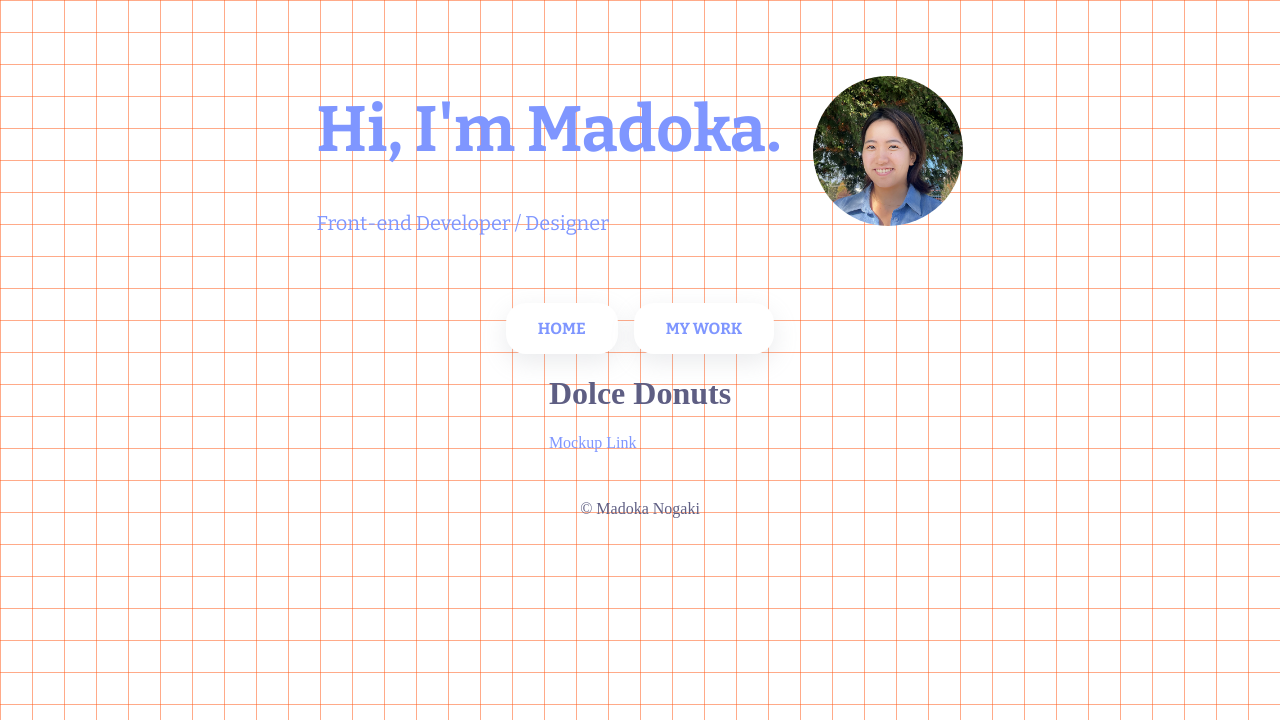
Repository: ohmaruko/portfolio
Page: /links/dolcedonuts
An editor plug-in stored every save of this project. The page is shown before and after a run of saves, followed by the edit.
The browser window is 1280 px wide. The pictures show the whole page.
The project was rebuilt for these pictures with package versions that can differ from the ones it lists, and the page was loaded fresh each time. The framework's server and built-in components were replaced by stand-ins that run in the browser. Also part of the build but not shown: next.config.mjs.

Above is the page before, as saved 2024-02-18 00:49:15.

### pages/links/dolcedonuts.js
import styles from '/styles/Home.module.css'
import Header from '@/components/Header'
import Footer from '@/components/Footer'
import { Open_Sans } from 'next/font/google'
import Link from 'next/link'

const openSans = Open_Sans ({subsets: ['latin']})

export default function Works() {
  return (
    <>

      <head>
        <title>Madoka Nogaki Portfolio</title>
        <meta name="description" content="Portfolio page" />
        <meta name="viewport" content="width=device-width, initial-scale=1" />
        <link rel="icon" href="/favicon.png" />
      </head>

      <div className={styles.container}>
        <Header className={openSans.className}/>
        <main className={styles.donuts}>
          <h1>Dolce Donuts</h1>
          <Link href="https://www.figma.com/proto/l18aumka9I3yuIv8W5JcGA/DolceDonuts---SET-H?type=design&t=HifTad7UBqVbb5vI-1&scaling=scale-down-width&page-id=0%3A1&node-id=1-16&starting-point-node-id=1%3A16&mode=design"
            target='_blank' style={{textDecoration: 'none', color: 'var(--blue)'}}>Mockup Link</Link>
        </main>

        <div className={styles.outerContainer}>
          <Footer />
        </div>
      </div>

    </>
  )
}

### styles/globals.css
:root {
  --orange: #FF5714;
  --light-orange: rgba(255, 87, 20, 0.5);
  --blue: #7F96FF;
  --white: #fff;
  --text: #5e5e83;
  color: #5e5e83;

  --medium-font: 20px;
}

body {
  margin: 0;
  background-image:
    linear-gradient(to right, var(--light-orange) 1px, transparent 1px),
    linear-gradient(to bottom, var(--light-orange) 1px, transparent 1px);
  background-size: 2em 2em;
}

p {
  font-size: 16px;
}

### styles/Home.module.css
.container {
  display: flex;
  flex-direction: column;
  align-items: center;
  min-height: 100vh;
  width: 100%;
}
.header {
  width: 70%;
}
.outerContainer {
  display: flex;
  width: 70%;
  justify-content: center;
  margin: 2em auto;
}
.box1 {
  flex: 1;
  flex-basis: 60%;
}
.box2 {
  flex: 1;
  flex-basis: 40%;
}
.link {
  text-decoration: none;
  color: var(--text);
  display: flex;
  align-items: center;
  gap: 1rem;
}
.logo {
  fill: var(--blue);
}
.skill {
  display: flex;
  gap: 1rem;
}
.footer {
  margin: 2rem;
}
.works {
  margin: 2rem;
  width: 70%;
  display: flex;
  flex-wrap: wrap;
  justify-content: center;
}
.hair h1{
  color: var(--blue);
}
.logoContainer {
  display: flex;
  flex-direction: column;
}
.logoInner{
  display: flex;
  justify-content: space-evenly;
}
.film a{
  text-decoration: none;
  color: var(--blue);
}
/* mobile */
/* @media (max-width: 800px){

} */

### components/Header/index.js
import styles from './Header.module.css'
import Image from 'next/image'
import Link from 'next/link'
import { Bitter } from 'next/font/google'
const bitter = Bitter ({subsets: ['latin']})

export default function Header() {
    return (
        <header className={`${styles.header}, ${bitter.className}`}>
            <div className={styles.banner}>
                <div>
                    <h1>Hi, I'm Madoka.</h1>
                    <p style={{fontSize:"var(--medium-font)"}}>Front-end Developer / Designer</p>
                </div>
                <Image src="/images/profile.png" alt="profile image" width={150} height={150} className={styles.img} />
            </div>
            <div className={styles.menu}>
                <Link href='/'>HOME</Link>
                <Link href='/works'>MY WORK</Link>
            </div>
        </header>

    )
}

### components/Footer/index.js
import styles from "./Footer.module.css"

export default function Footer() {
    return (
        <>
            <p>&copy; Madoka Nogaki</p>
        </>
    )
}

### components/Header/Header.module.css
.header {
    width: 100%;
}
.banner {
    font-size: 2em;
    color: var(--blue);
    display: flex;
    justify-content: center;
    align-items: center;
    gap: 2rem;
    margin: 3rem 0;
}
.img {
    border-radius: 50%;
}
.menu {
    display: flex;
    justify-content: center;
    gap: 1rem;
}
.menu a {
    text-decoration: none;
    color: var(--blue);
    font-weight: bold;
    background-color: var(--white);
    box-shadow: rgba(149, 157, 165, 0.2) 0px 8px 24px;
    border-radius: 20px;
    padding: 1rem 2rem;
}

Loaded but not shown: pages/_app.js (common file); pages/_document.js (common file); components/Footer/Footer.module.css (no stored copy; drawn as an empty file)

After the next 3 saves:
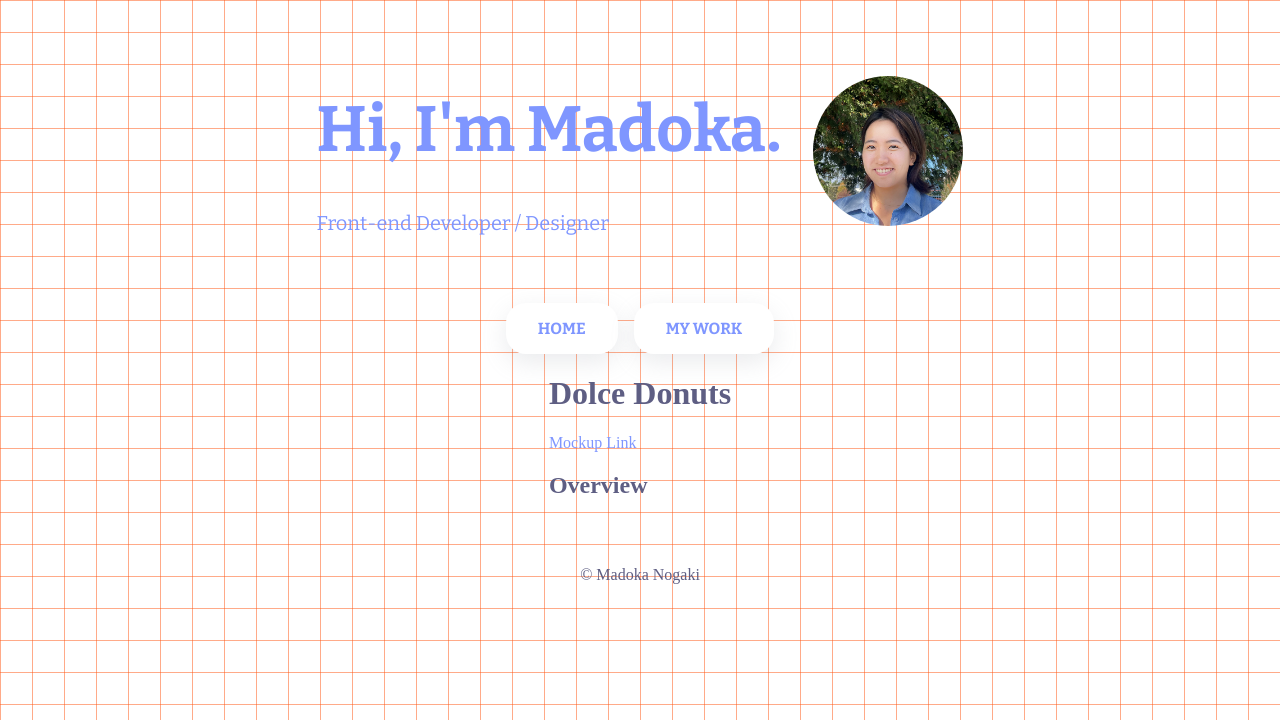
The 3 saves are shown as one change because 1 did not build or start and some came seconds apart.
The last was saved 37 s later.
--- a/pages/links/dolcedonuts.js
+++ b/pages/links/dolcedonuts.js
@@ -23,6 +23,7 @@ export default function Works() {
           <h1>Dolce Donuts</h1>
           <Link href="https://www.figma.com/proto/l18aumka9I3yuIv8W5JcGA/DolceDonuts---SET-H?type=design&t=HifTad7UBqVbb5vI-1&scaling=scale-down-width&page-id=0%3A1&node-id=1-16&starting-point-node-id=1%3A16&mode=design"
             target='_blank' style={{textDecoration: 'none', color: 'var(--blue)'}}>Mockup Link</Link>
+          <h2>Overview</h2>
         </main>
 
         <div className={styles.outerContainer}>
